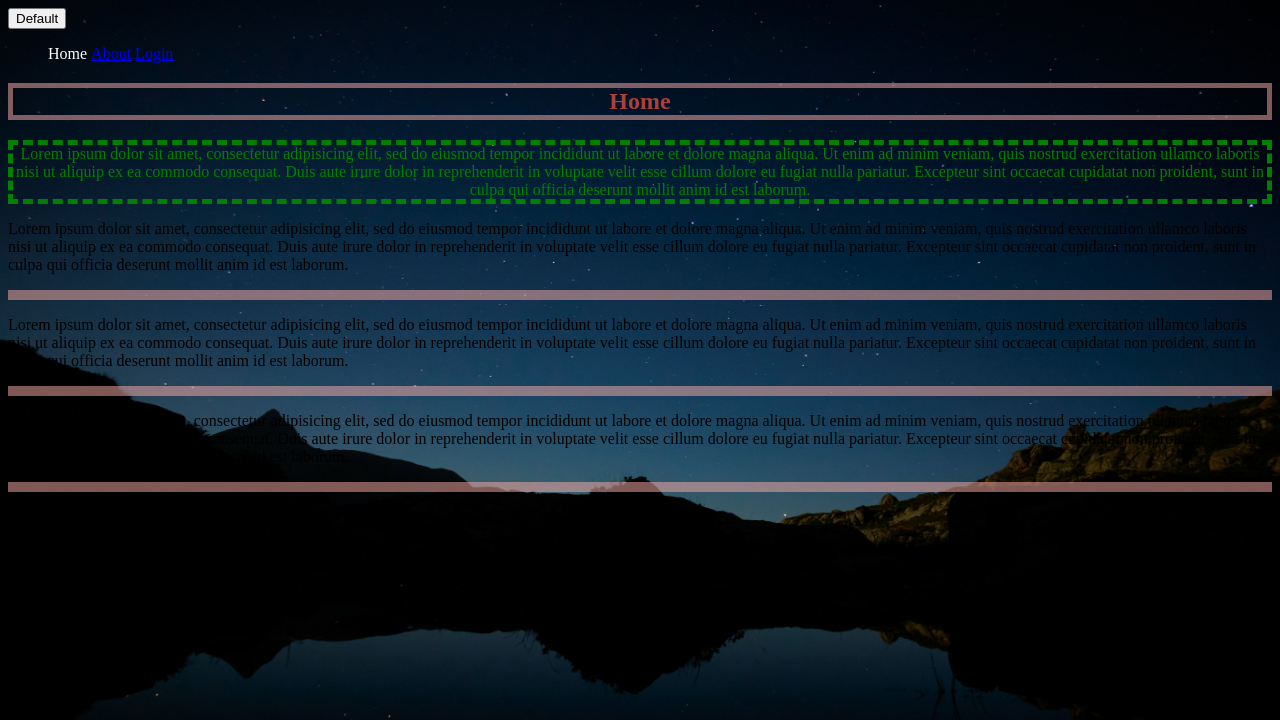
Repository: rileymeye1/ZTM
Page: project_files/index.html
These files come from the project's save history. The page is drawn as it stood at one moment and after the next save; the edit follows.
The browser window is 1280 px wide. The pictures show the whole page.

Above is the page before, as saved 2024-08-19 16:50:17.

After the next save:
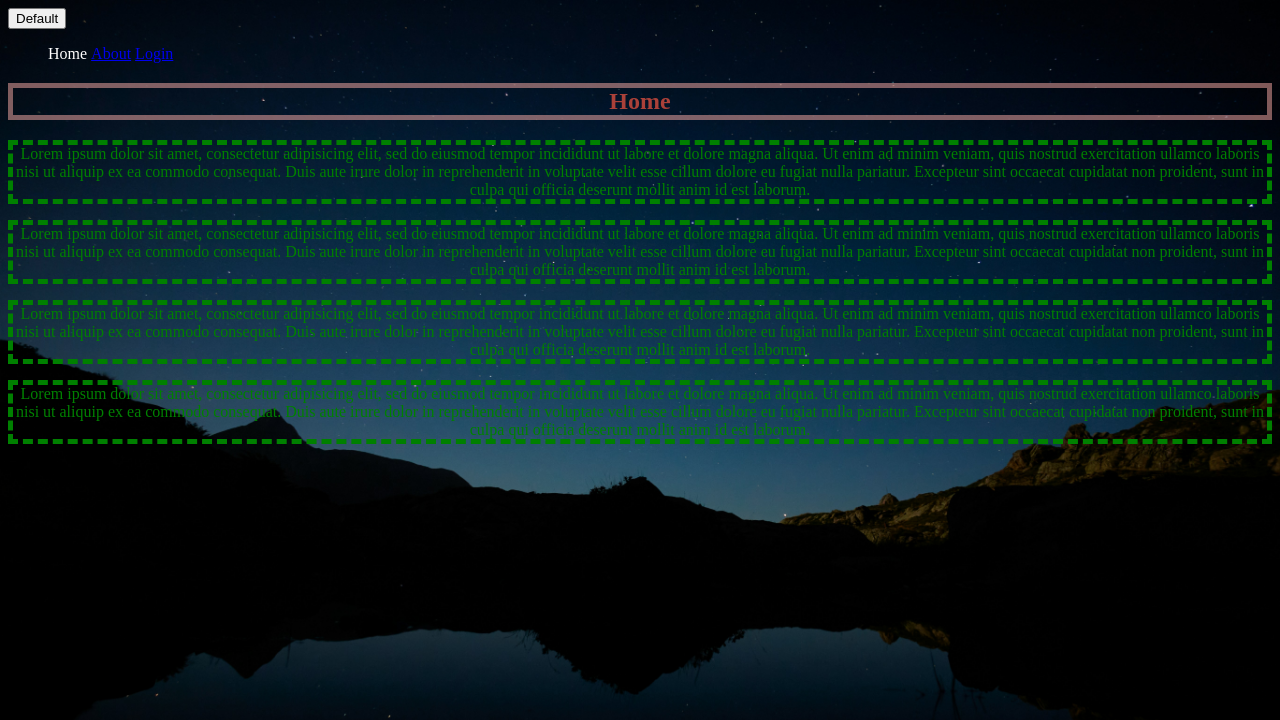
Saved 19 s later.
--- a/project_files/index.html
+++ b/project_files/index.html
@@ -24,19 +24,19 @@
     consequat. Duis aute irure dolor in reprehenderit in voluptate velit esse
     cillum dolore eu fugiat nulla pariatur. Excepteur sint occaecat cupidatat non
     proident, sunt in culpa qui officia deserunt mollit anim id est laborum.</p>
-    <pclass="webtext">Lorem ipsum dolor sit amet, consectetur adipisicing elit, sed do eiusmod
+    <p class="webtext">Lorem ipsum dolor sit amet, consectetur adipisicing elit, sed do eiusmod
     tempor incididunt ut labore et dolore magna aliqua. Ut enim ad minim veniam,
     quis nostrud exercitation ullamco laboris nisi ut aliquip ex ea commodo
     consequat. Duis aute irure dolor in reprehenderit in voluptate velit esse
     cillum dolore eu fugiat nulla pariatur. Excepteur sint occaecat cupidatat non
     proident, sunt in culpa qui officia deserunt mollit anim id est laborum.</p>
-    <pclass="webtext">Lorem ipsum dolor sit amet, consectetur adipisicing elit, sed do eiusmod
+    <p class="webtext">Lorem ipsum dolor sit amet, consectetur adipisicing elit, sed do eiusmod
     tempor incididunt ut labore et dolore magna aliqua. Ut enim ad minim veniam,
     quis nostrud exercitation ullamco laboris nisi ut aliquip ex ea commodo
     consequat. Duis aute irure dolor in reprehenderit in voluptate velit esse
     cillum dolore eu fugiat nulla pariatur. Excepteur sint occaecat cupidatat non
     proident, sunt in culpa qui officia deserunt mollit anim id est laborum.</p>
-    <pclass="webtext">Lorem ipsum dolor sit amet, consectetur adipisicing elit, sed do eiusmod
+    <p class="webtext">Lorem ipsum dolor sit amet, consectetur adipisicing elit, sed do eiusmod
     tempor incididunt ut labore et dolore magna aliqua. Ut enim ad minim veniam,
     quis nostrud exercitation ullamco laboris nisi ut aliquip ex ea commodo
     consequat. Duis aute irure dolor in reprehenderit in voluptate velit esse
